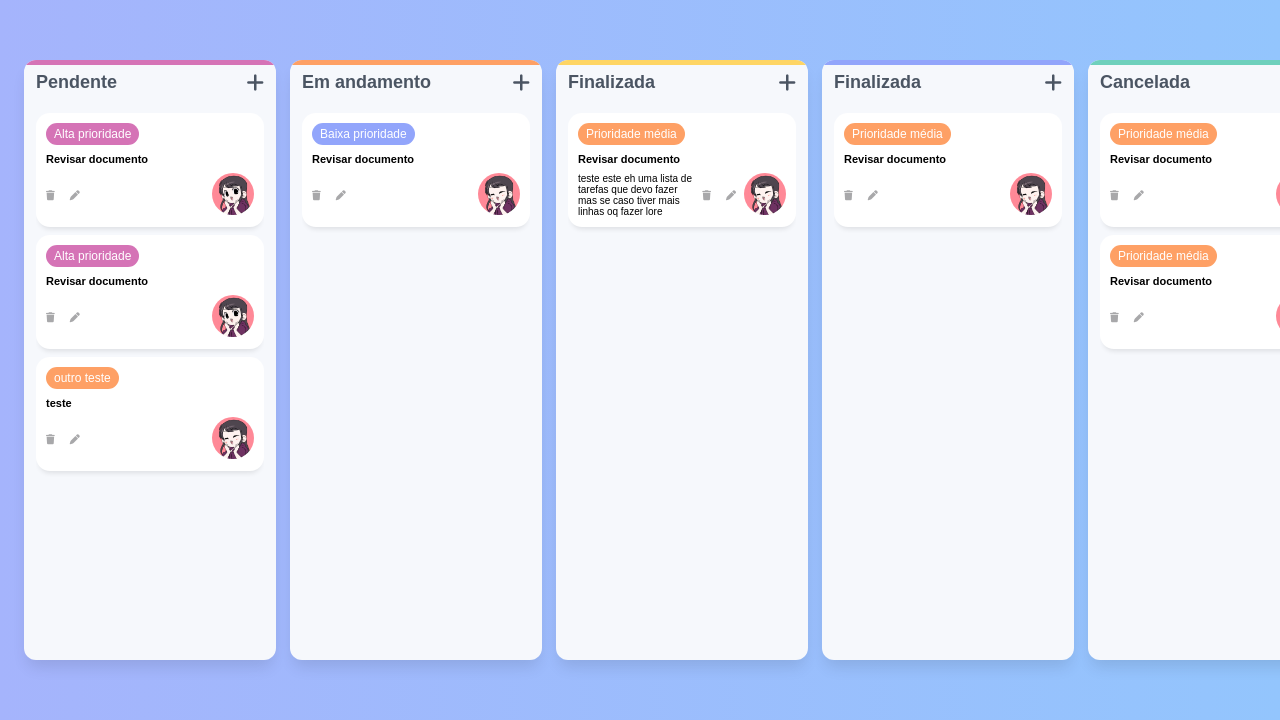
Repository: Marinalr-25/ProjetoToDoList
Page: index.html
These files come from the project's save history. The page is drawn as it stood at one moment and after the next save; the edit follows.
The browser window is 1280 px wide. The pictures show the whole page.
Empty fields were first filled with sample values (such as "Sample", 5 or name@example.com).
After loading, the first visible `button.botao` was clicked once.
Some web fonts or font styles are not loaded; a fallback is used. Some web libraries are served in a nearby version.

Above is the page before, as saved 2024-11-01 12:01:45.

After the next save:
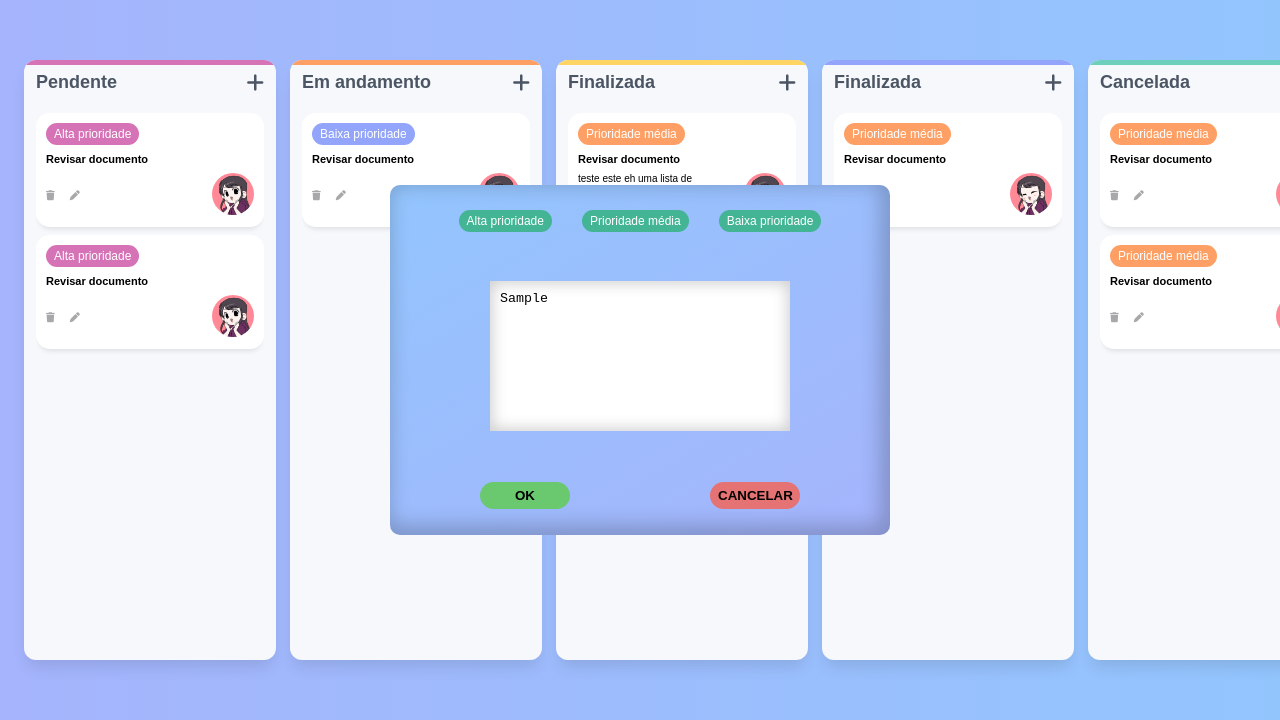
Console error: ReferenceError: selecionadoPrioridade is not defined
Saved 62 s later.
--- a/javascript/script.js
+++ b/javascript/script.js
@@ -67,10 +67,10 @@
 
     novoCard.innerHTML = `
         <div class="badge medium">
-            <span>outro teste</span>
+            <span> ${selecionadoPrioridade} </span>
         </div>
         <p class="card-title">teste</p>
-        <div class="card-infos">
+        <div class="card-infos"> ${textareavalue}
             <div class="card-icons">
                 <p>
                     <i class="fa-solid fa-trash"></i>

After the 4 saves that followed:
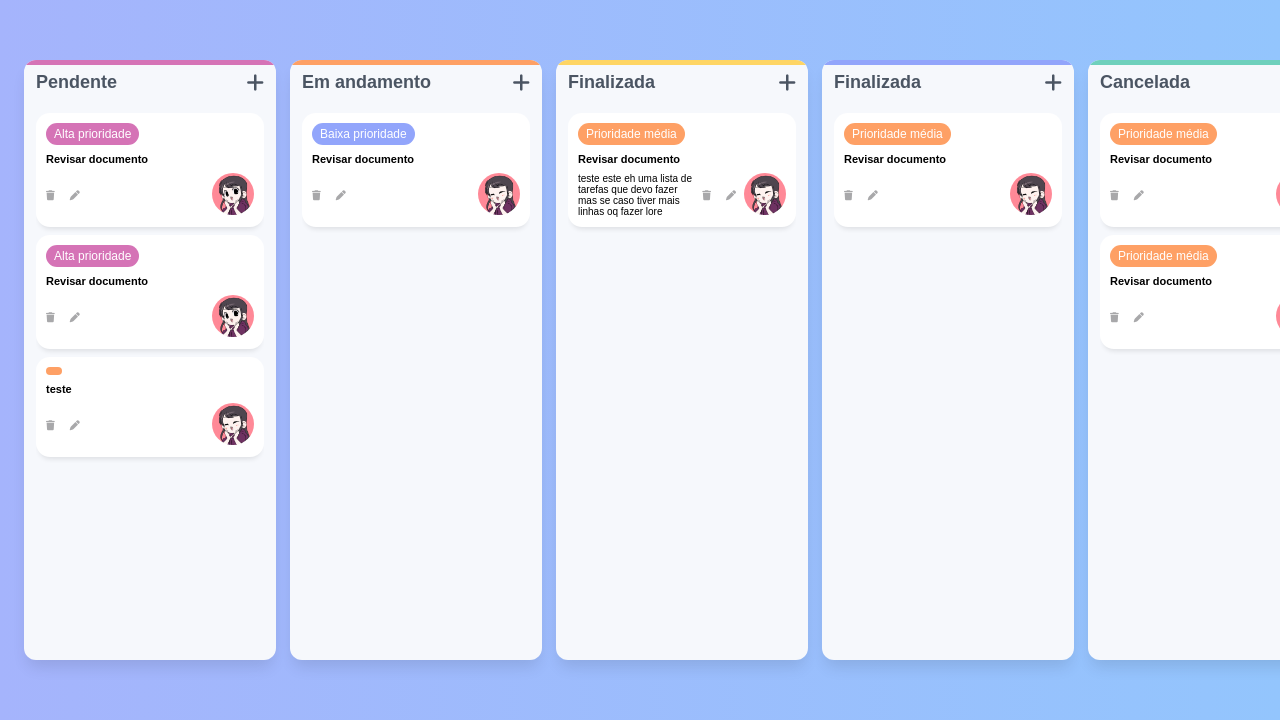
The error is gone.
The 4 saves are shown as one change because 3 left the picture as it was.
The last was saved 6 min 26 s later.
--- a/javascript/script.js
+++ b/javascript/script.js
@@ -41,13 +41,17 @@
 
   const radios = document.querySelectorAll('input[name="prioridade"]');
 
-  radios.forEach((radio) => {
-    radio.addEventListener('change', () => {
-      if (radio.checked) {
-        const selecionadoPrioridade = radio.nextElementSibling.textContent;
-      }
+  function obterOpcoes() {
+    let selecionadoPrioridade = '';
+    radios.forEach((radio) => {
+      radio.addEventListener('change', () => {
+        if (radio.checked) {
+          selecionadoPrioridade = radio.nextElementSibling.textContent;
+        }
+      });
     });
-  });
+    return selecionadoPrioridade;
+  }
 
   mais.forEach((adicionar) => {
     adicionar.addEventListener('click', function () {
@@ -67,10 +71,10 @@
 
     novoCard.innerHTML = `
         <div class="badge medium">
-            <span> ${selecionadoPrioridade} </span>
+            <span>${obterOpcoes()} </span>
         </div>
         <p class="card-title">teste</p>
-        <div class="card-infos"> ${textareavalue}
+        <div class="card-infos">
             <div class="card-icons">
                 <p>
                     <i class="fa-solid fa-trash"></i>
